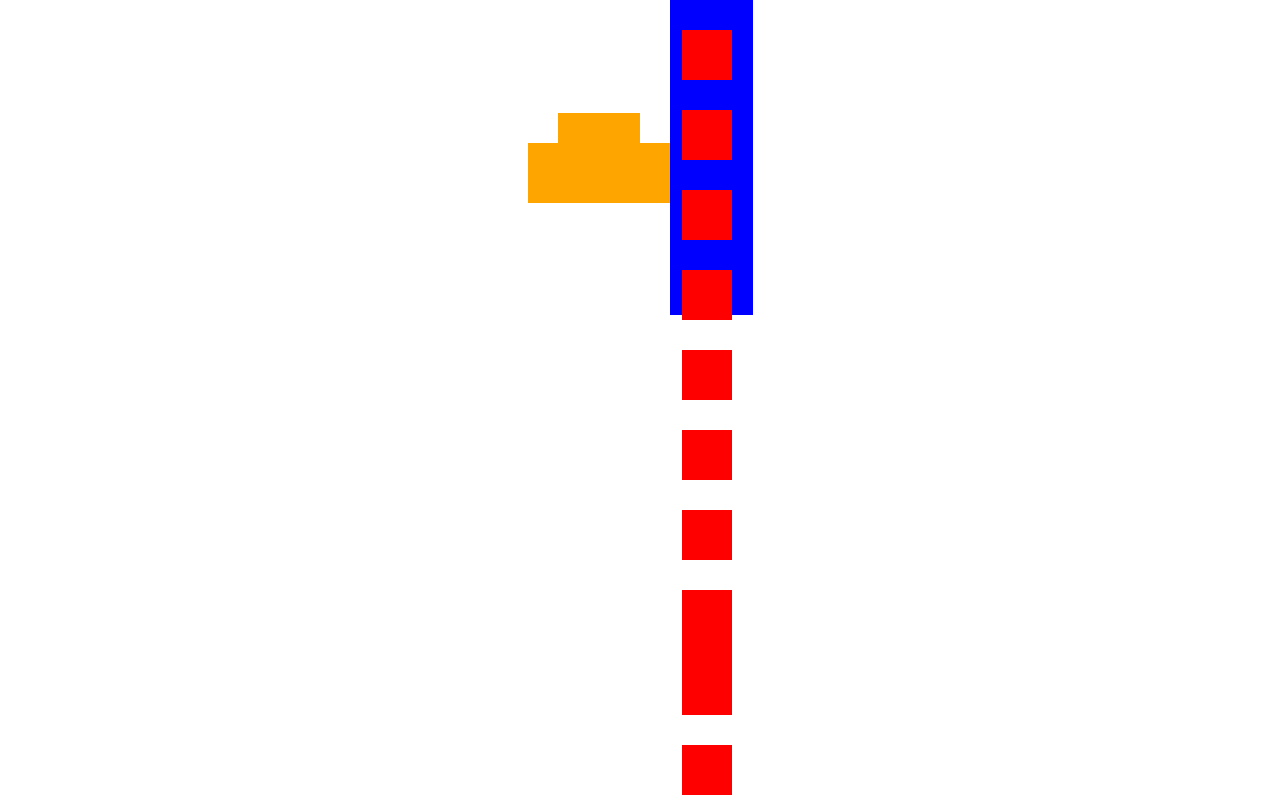
Repository: Luc010/Exercices
Page: HTML CSS/cours/float/float2.html
These files come from the project's save history. The page is drawn as it stood at one moment and after a run of saves; the edit follows.
The browser window is 1280 px wide. The pictures show the whole page.

Above is the page before, as saved 2019-09-05 14:52:06.

### HTML CSS/cours/float/float2.html
<!DOCTYPE html>
<html lang="en">
<head>
    <meta charset="UTF-8">
    <meta name="viewport" content="width=device-width, initial-scale=1.0">
    <meta http-equiv="X-UA-Compatible" content="ie=edge">
    <title>Document</title>
    <style>
        body{
            margin: 0;
        }
        .maison{
            width: 225px;
            margin-left: auto;
            margin-right: auto;
            display:flex;
            align-items:center;
        }
        .blocOrange{
            background-color: orange;
            margin-right: auto;
            margin-left: auto;
        }
        .base{
            background-color: blue;
            height: 315px;
            width: 225px;
        }
        .blocRed, .porte{
            background-color: red;
            height: 50px;
            width: 50px;
            margin: 30px 12px 0;
            float: left;
        }
    </style>
</head>
<body>
    <div class="maison">
        <div class="toit">
            <div class="blocOrange" style="height: 30px;width: 82px;"></div>
            <div class="blocOrange" style="height: 30px;width: 142px;"></div>
            <div class="blocOrange" style="height: 30px;width: 194x;"></div>
        </div>
        <div class="base">
            <div class="blocRed"></div>
            <div class="blocRed"></div>
            <div class="blocRed"></div>
            <div class="blocRed"></div>
            <div class="blocRed"></div>
            <div class="blocRed"></div>
            <div class="blocRed"></div>
            <div class="porte" style="margin: 30px 12px 0;height: 125px;"></div>
            <div class="blocRed"></div>
        </div>
    </div>
</body>
</html>

After the next 3 saves:
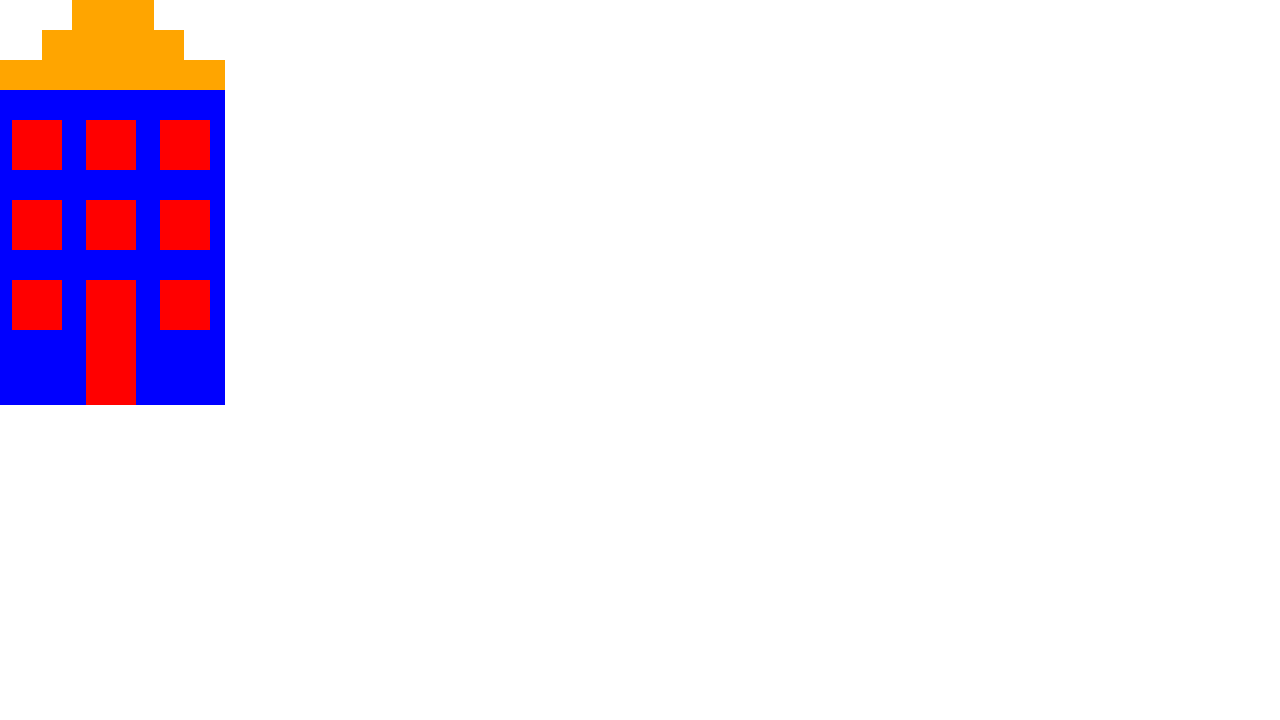
The 3 saves are shown as one change because they came seconds apart.
The last was saved 74 s later.
--- a/HTML CSS/cours/float/float2.html
+++ b/HTML CSS/cours/float/float2.html
@@ -9,12 +9,8 @@
         body{
             margin: 0;
         }
-        .maison{
+        .toit{
             width: 225px;
-            margin-left: auto;
-            margin-right: auto;
-            display:flex;
-            align-items:center;
         }
         .blocOrange{
             background-color: orange;
